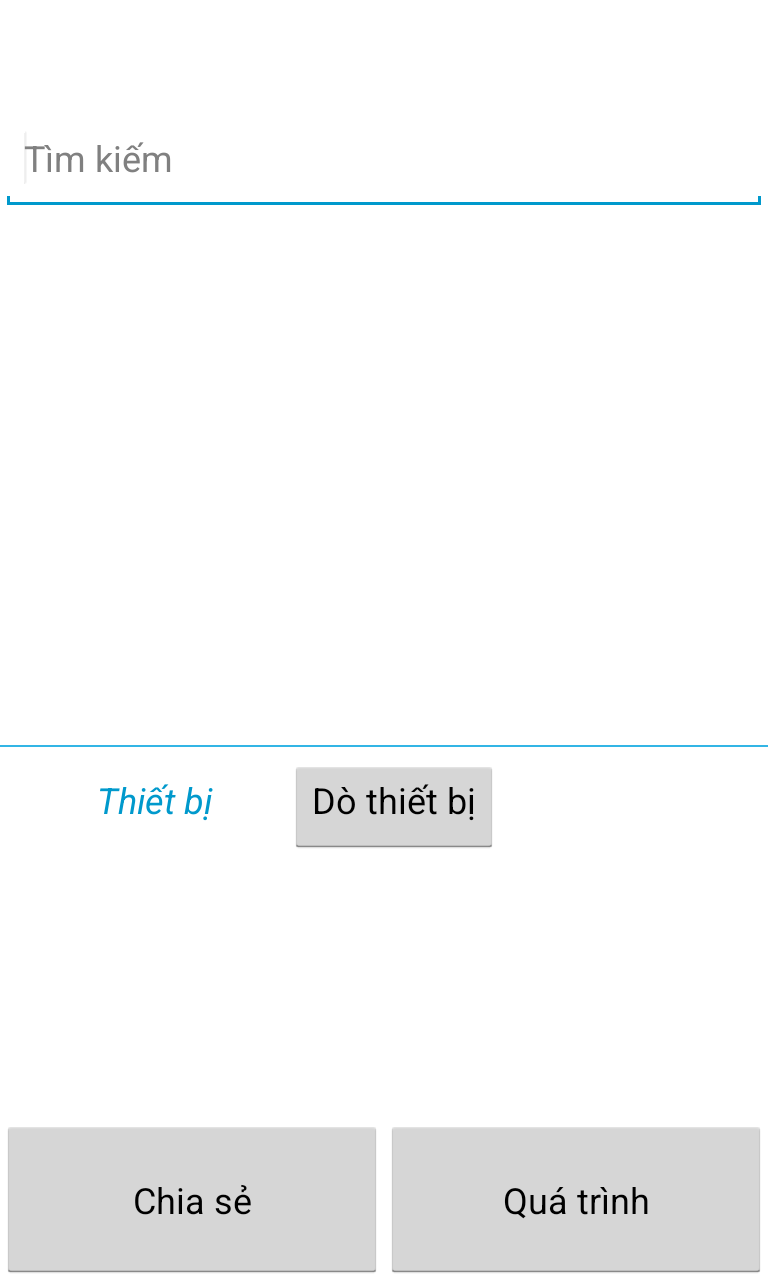
Repository: thinhnk55/android-appshare
Layout: ShareApp/res/layout/activity_main.xml
These files come from the project's save history. The layout is drawn as it stood at one moment and after the next save; the edit follows.
It is drawn on a 768 x 1280 px phone screen (xhdpi) without system bars, with theme AppTheme; the app's code is not run.

Above is the layout before, as saved 2014-07-17 15:50:38.

### ShareApp/res/layout/activity_main.xml
<RelativeLayout xmlns:android="http://schemas.android.com/apk/res/android"
    xmlns:tools="http://schemas.android.com/tools"
    android:layout_width="match_parent"
    android:layout_height="match_parent"
    tools:context=".MainActivity" >

    <TabHost
        android:id="@android:id/tabhost"
        android:layout_width="match_parent"
        android:layout_height="match_parent"
        android:layout_alignParentLeft="true"
        android:layout_alignParentTop="true" >

        <LinearLayout
            android:layout_width="match_parent"
            android:layout_height="match_parent"
            android:orientation="vertical"
            android:weightSum="120" >

            <TabWidget
                android:id="@android:id/tabs"
                android:layout_width="match_parent"
                android:layout_height="0dp"
                android:layout_weight="10" >
            </TabWidget>

            <AutoCompleteTextView
                android:id="@+id/autoCompleteTextView1"
                android:layout_width="match_parent"
                android:layout_height="0dp"
                android:layout_weight="10"
                android:ems="10"
                android:hint="@string/search" >

                <requestFocus
                    android:layout_width="wrap_content"
                    android:layout_height="wrap_content" />
            </AutoCompleteTextView>

            <FrameLayout
                android:id="@android:id/tabcontent"
                android:layout_width="match_parent"
                android:layout_height="0dp"
                android:layout_weight="50" >
            </FrameLayout>

            <View
                android:layout_width="match_parent"
                android:layout_height="1dp"
                android:background="@android:color/holo_blue_light" />

            <LinearLayout
                android:layout_width="match_parent"
                android:layout_height="0dp"
                android:layout_weight="10"
                android:weightSum="20" >

                <TextView
                    android:id="@+id/textView1"
                    android:layout_width="0dp"
                    android:layout_height="match_parent"
                    android:layout_marginLeft="10dp"
                    android:layout_weight="10"
                    android:gravity="center"
                    android:text="@string/device"
                    android:textAppearance="?android:attr/textAppearanceMedium"
                    android:textColor="@android:color/holo_blue_dark"
                    android:textStyle="italic" />

                <Button
                    android:id="@+id/btScan"
                    android:layout_width="wrap_content"
                    android:layout_height="wrap_content"
                    android:gravity="right"
                    android:text="@string/scan" />

            </LinearLayout>

            <HorizontalScrollView
                android:id="@+id/horizontalScrollView1"
                android:layout_width="match_parent"
                android:layout_height="0dp"
                android:layout_weight="25" >

                <LinearLayout
                    android:layout_width="wrap_content"
                    android:layout_height="match_parent"
                    android:orientation="horizontal" >
                </LinearLayout>
            </HorizontalScrollView>

            <LinearLayout
                android:layout_width="match_parent"
                android:layout_height="0dp"
                android:layout_weight="15"
                android:weightSum="20" >

                <Button
                    android:id="@+id/button2"
                    android:layout_width="0dp"
                    android:layout_height="match_parent"
                    android:layout_weight="10"
                    android:text="@string/share" />

                <Button
                    android:id="@+id/button3"
                    android:layout_width="0dp"
                    android:layout_height="match_parent"
                    android:layout_weight="10"
                    android:text="@string/progress" />
            </LinearLayout>
        </LinearLayout>
    </TabHost>

</RelativeLayout>

### ShareApp/res/values/strings.xml
<?xml version="1.0" encoding="utf-8"?>
<resources>

    <string name="app_name">ShareApp</string>
    <string name="action_settings">Settings</string>
    <string name="hello_world">Hello world!</string>
    <string name="device">Thiết bị</string>
    <string name="share">Chia sẻ</string>
    <string name="progress">Quá trình</string>
    <string name="search">Tìm kiếm</string>
    <string name="scan">Dò thiết bị</string>

</resources>

Loaded but not shown: ShareApp/res/values/styles.xml (common file); ShareApp/res/values-v11/styles.xml (common file); ShareApp/res/values-v14/styles.xml (common file)

After the next save:
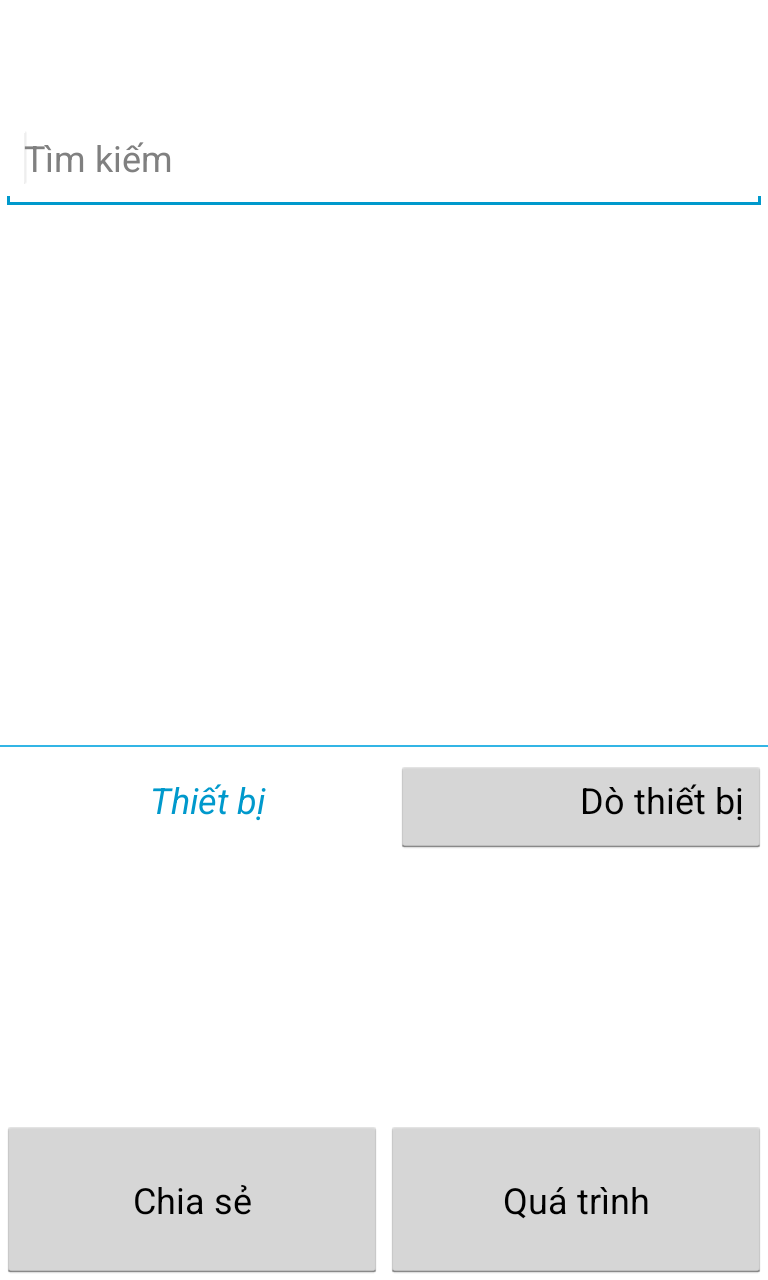
Saved 9 s later.
--- a/ShareApp/res/layout/activity_main.xml
+++ b/ShareApp/res/layout/activity_main.xml
@@ -69,8 +69,9 @@
 
                 <Button
                     android:id="@+id/btScan"
-                    android:layout_width="wrap_content"
+                    android:layout_width="0dp"
                     android:layout_height="wrap_content"
+                    android:layout_weight="10"
                     android:gravity="right"
                     android:text="@string/scan" />
 
